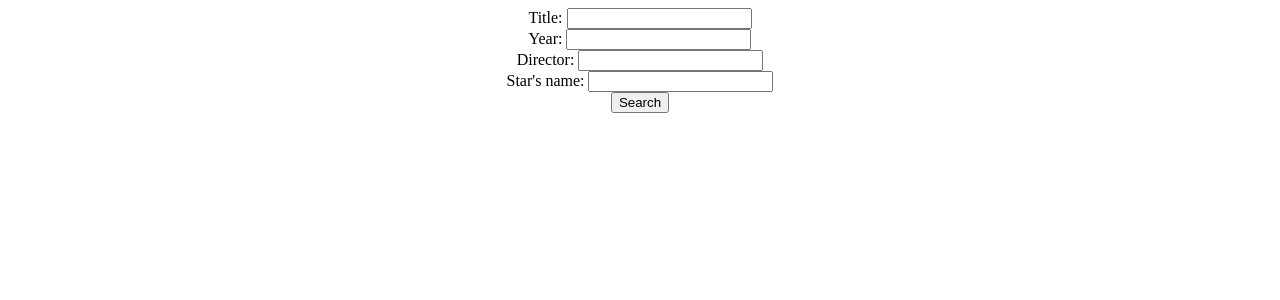
Repository: xzou4/CS221b
Page: fablix/WebContent/main.html
The author's editor kept a copy of each file at every save. The page is drawn from the files as they stood at one save, then again after the next save.
The browser window is 1280 px wide. The pictures show the whole page.

Above is the page before, as saved 2017-02-09 17:52:02.

### fablix/WebContent/main.html
<!DOCTYPE html>
<html>
<head>
<meta charset="UTF-8">
<title>Looking for A Movie?</title>
</head>
<body>
<FORM ACTION="search"
      METHOD="POST">
      <CENTER>
  Title: <INPUT TYPE="text" NAME="title"><BR>

  Year: <INPUT TYPE="TEXT" NAME="year"><BR>

  Director: <INPUT TYPE="TEXT" NAME="director"><BR>

  Star's name: <INPUT TYPE="TEXT" NAME="star_name"><BR>


    <INPUT TYPE="SUBMIT" VALUE="Search">
  </CENTER>
</FORM>
</body>
</html>

After the next save:
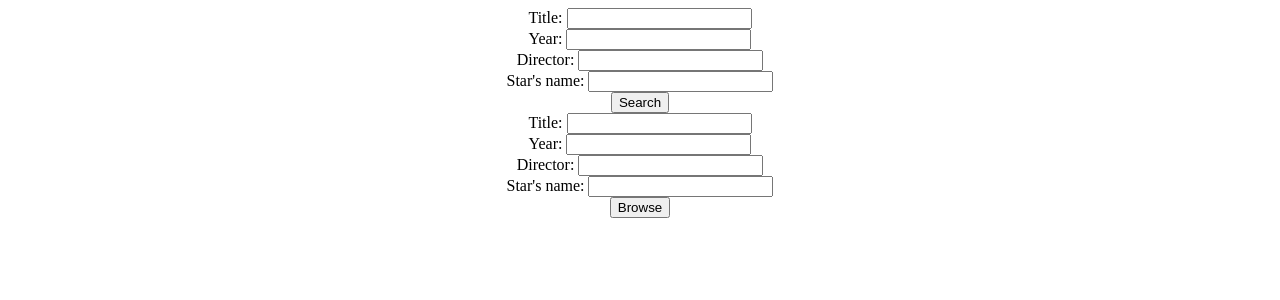
Saved 11 min 22 s later.
--- a/fablix/WebContent/main.html
+++ b/fablix/WebContent/main.html
@@ -20,5 +20,23 @@
     <INPUT TYPE="SUBMIT" VALUE="Search">
   </CENTER>
 </FORM>
+
+<title>Or Browse?</title>
+
+<FORM ACTION="search"
+      METHOD="POST">
+      <CENTER>
+  Title: <INPUT TYPE="text" NAME="title"><BR>
+
+  Year: <INPUT TYPE="TEXT" NAME="year"><BR>
+
+  Director: <INPUT TYPE="TEXT" NAME="director"><BR>
+
+  Star's name: <INPUT TYPE="TEXT" NAME="star_name"><BR>
+
+
+    <INPUT TYPE="SUBMIT" VALUE="Browse">
+  </CENTER>
+</FORM>
 </body>
 </html>
